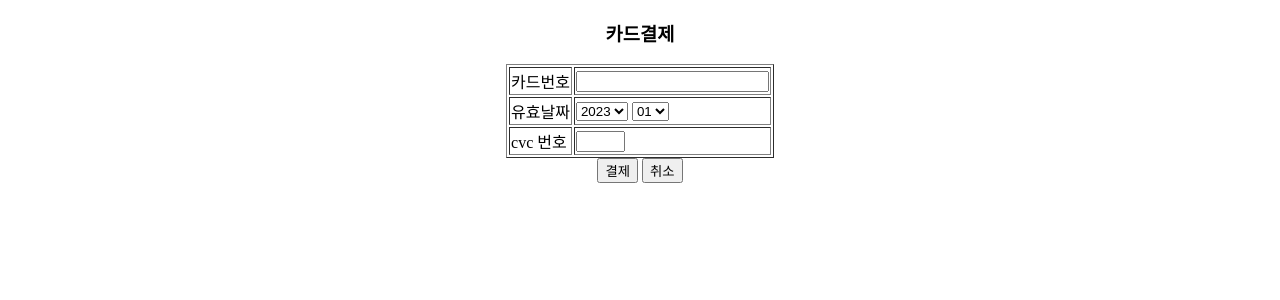
Repository: Juseong-Bang/jspWebProject
Page: http://localhost/FilmBooking/card.jsp
An editor plug-in stored every save of this project. The page is shown before and after the next save, followed by the edit.
The browser window is 1280 px wide. The pictures show the whole page.
The page is served by Tomcat 9. Other server files are loaded and not shown.

Above is the page before, as saved 2017-12-02 08:22:57.

### FilmBooking/WebContent/card.jsp
<%@ page language="java" contentType="text/html; charset=UTF-8"
	pageEncoding="UTF-8"%>
<!DOCTYPE html PUBLIC "-//W3C//DTD HTML 4.01 Transitional//EN" "http://www.w3.org/TR/html4/loose.dtd">
<html>
<head>
<meta http-equiv="Content-Type" content="text/html; charset=UTF-8">
<title>카드결제</title>
</head>
<body>
	<div align="center">
		<h3>카드결제</h3>
		<table border="1">
			<tr>
				<td>카드번호</td>
				<td><input type="text" size=21 name=card /></td>
			</tr>
			<tr>
				<td>유효날짜</td>
				<td><select name="year">
						<option value="2017" selected>2017</option>
						<option value="2018" selected>2018</option>
						<option value="2019" selected>2019</option>
						<option value="2020" selected>2020</option>
						<option value="2021" selected>2021</option>
						<option value="2022" selected>2022</option>
						<option value="2023" selected>2023</option>
				</select> <select name="month">
						<option value="01">01</option>
						<option value="02">02</option>
						<option value="03">03</option>
						<option value="04">04</option>
						<option value="05">05</option>
						<option value="06">06</option>
						<option value="07">07</option>
						<option value="08">08</option>
						<option value="09">09</option>
						<option value="10">10</option>
						<option value="11">11</option>
						<option value="12">12</option>
				</select></td>
			</tr>
			<tr>
				<td>cvc 번호</td>
				<td><input type="password" size=3 name=cvc /></td>
			</tr>

		</table>
		<input type="submit" value=결제> <input type="submit" value=취소>
	</div>
</body>
</html>

After the next save:
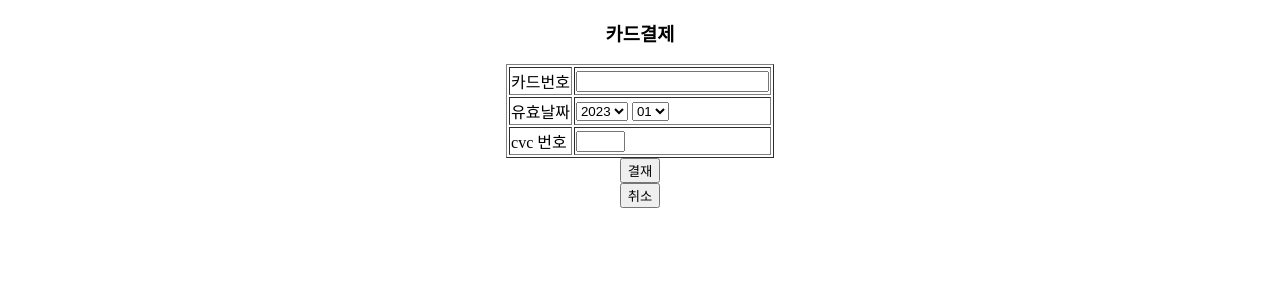
Saved 66 s later.
--- a/FilmBooking/WebContent/card.jsp
+++ b/FilmBooking/WebContent/card.jsp
@@ -45,7 +45,13 @@
 			</tr>
 
 		</table>
-		<input type="submit" value=결제> <input type="submit" value=취소>
+		<form method="post" action="control.jsp">
+			<input type="submit" value="결재" /> <input type="hidden"
+				name="action" value="resv" /> <input type="hidden" name="oper"
+				value="pay" /> <input type="hidden" name="rid"
+				value=<%=request.getAttribute("rid")%> />
+		</form>
+		<input type="submit" value=취소>
 	</div>
 </body>
 </html>
